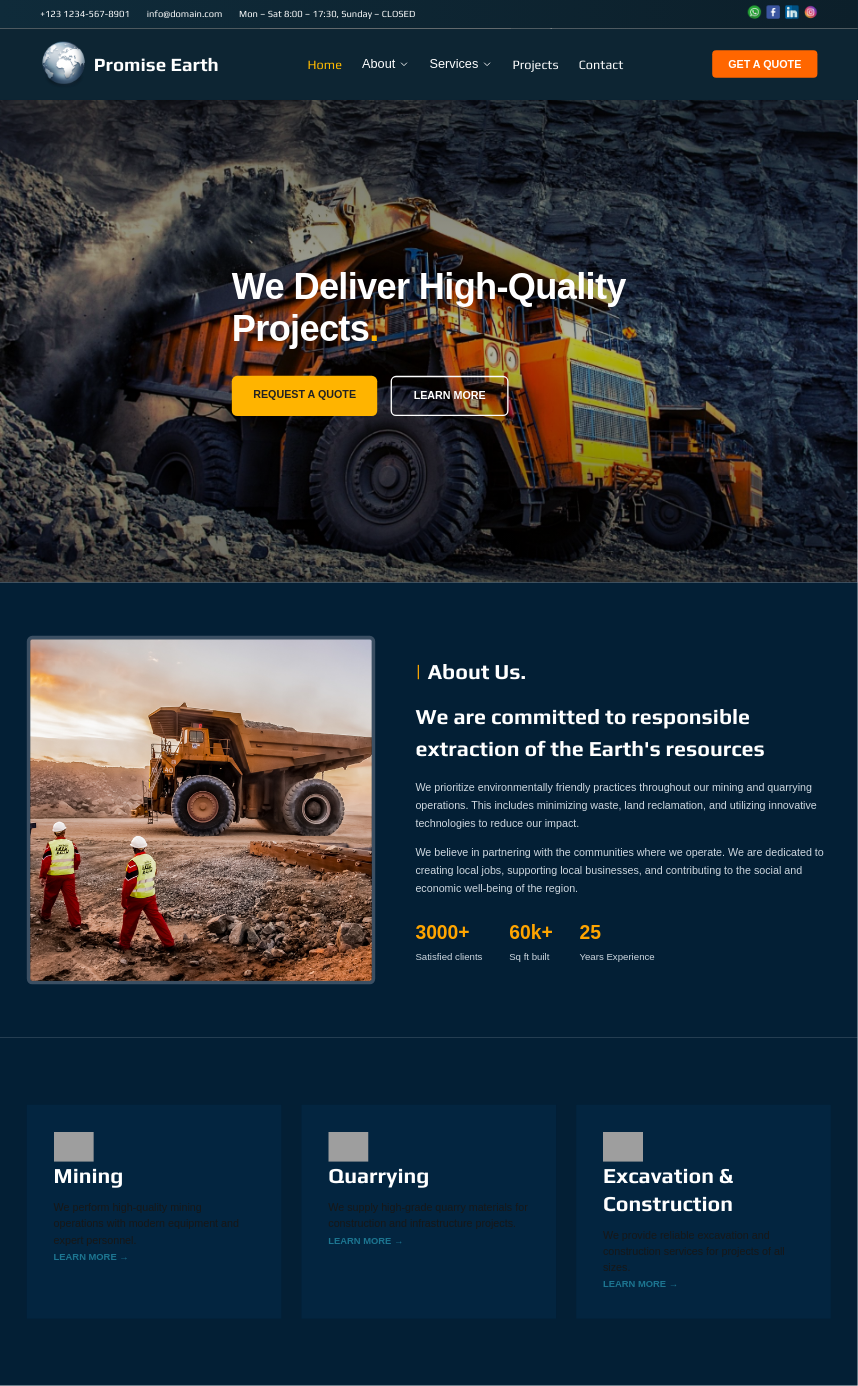
Repository: KC-Minchakpu/promise-earth
Page: /
The author's editor kept a copy of each file at every save. The page is drawn from the files as they stood at one save, then again after the next save.
The browser window is 1280 px wide. The pictures show the whole page, at 67% of full size.
Pictures or frames that could not be fetched are drawn as grey boxes. The project was rebuilt for these pictures with package versions that can differ from the ones it lists, and the page was loaded fresh each time. The framework's server and built-in components were replaced by stand-ins that run in the browser. Also part of the build but not shown: next.config.ts.

Above is the page before, as saved 2026-02-26 15:54:10.

After the next save:
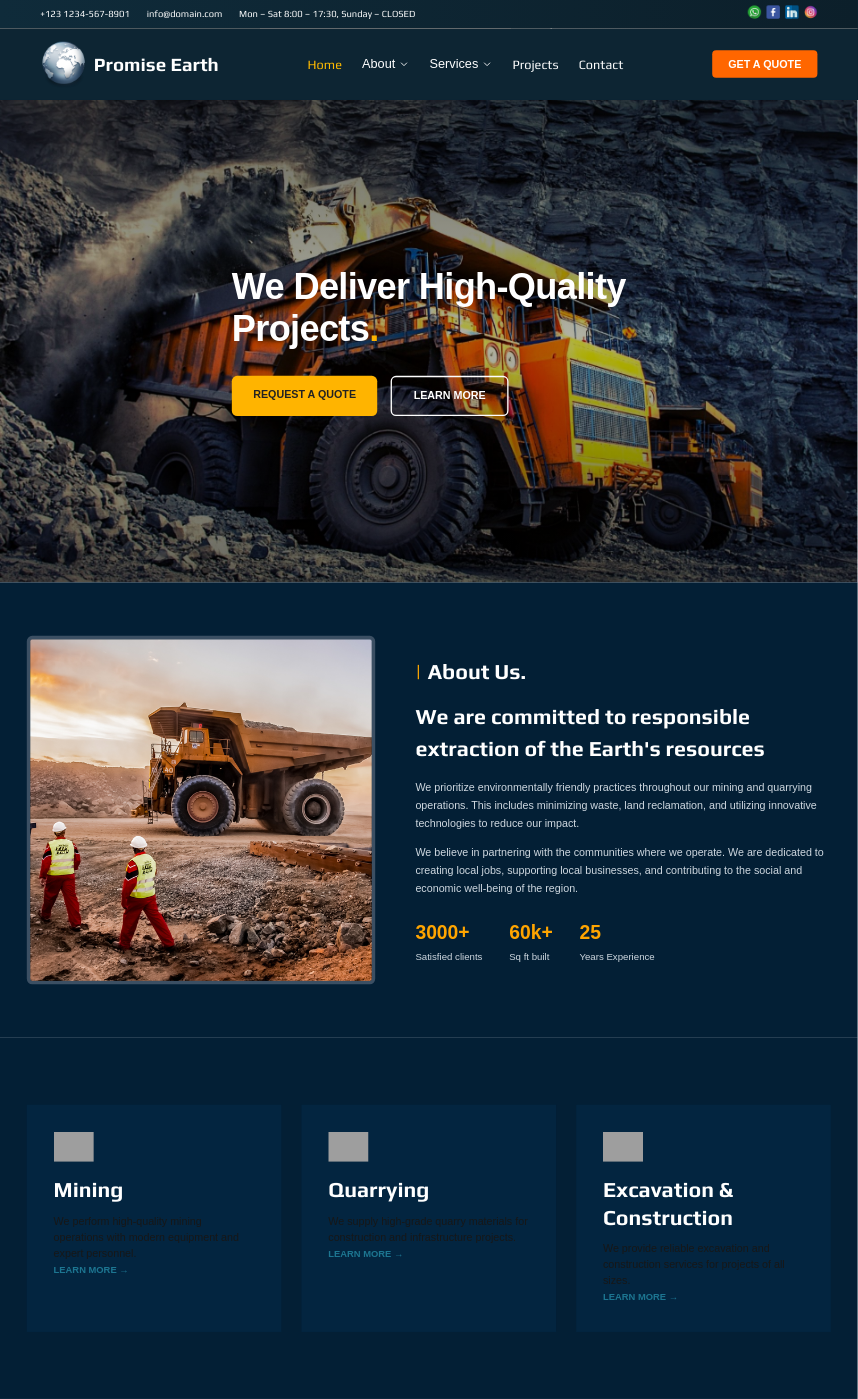
Saved 42 s later.
--- a/src/components/Services/ServicesSection.module.css
+++ b/src/components/Services/ServicesSection.module.css
@@ -93,11 +93,9 @@
 }
 
 
-.icon {
-  width: 50px;
-  height: 50px;
-  color: orange;
+.image {
   margin-bottom: 20px;
+  object-fit: contain;
 
 }
 
